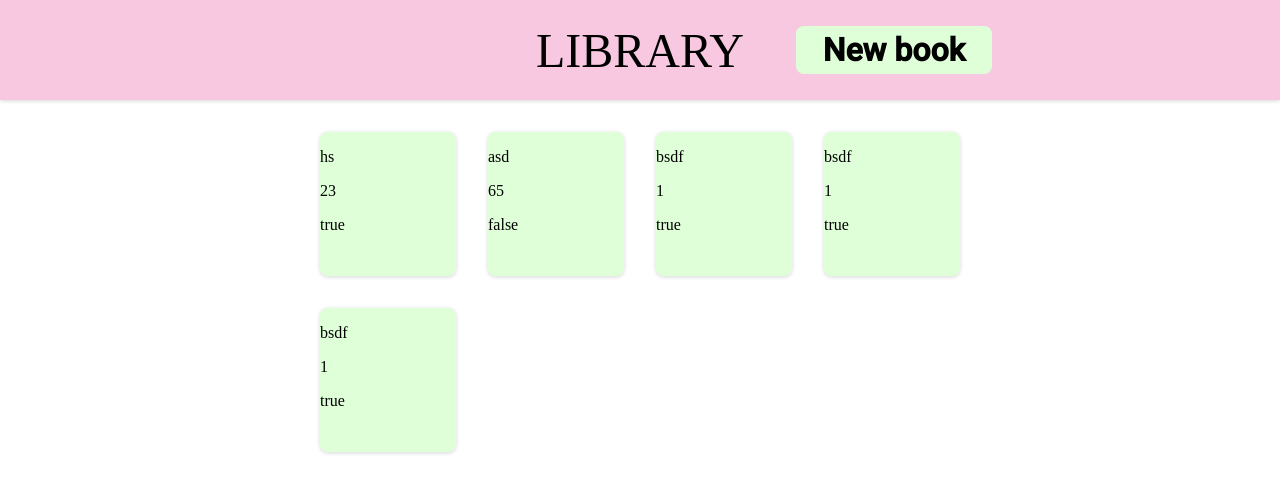
Repository: yeetzpxoci/library
Page: index.html
The author's editor kept a copy of each file at every save. The page is drawn from the files as they stood at one save, then again after the next save.
The browser window is 1280 px wide. The pictures show the whole page.
Some web fonts or font styles are not loaded; a fallback is used.

Above is the page before, as saved 2023-02-21 15:31:24.

### index.html
<!DOCTYPE html>
<html lang="en">
<head>
    <meta charset="UTF-8">
    <meta http-equiv="X-UA-Compatible" content="IE=edge">
    <meta name="viewport" content="width=device-width, initial-scale=1.0">
    <title>Library</title>
    <link rel="stylesheet" href="styles.css">
    <link rel="preconnect" href="https://fonts.googleapis.com">
    <link rel="preconnect" href="https://fonts.gstatic.com" crossorigin>
    <link href="https://fonts.googleapis.com/css2?family=Roboto:wght@500&display=swap" rel="stylesheet">
    <link href="https://fonts.googleapis.com/css2?family=Gloock&display=swap" rel="stylesheet">
</head>
<body>
    <div class="header">
        <p></p>
        <p>LIBRARY</p>
        <button onclick="addBookToLibrary()" id="addBook">New book</button>
    </div>

    <form>
        <fieldset>
            <label for="title">Title</label>
            <input type="text" name="title" id="title">
            <label for="author">Author</label>
            <input type="text" name="author" id="author">
            <label for="pages">Pages</label>
            <input type="number" name="pages" id="pages">
            <label for="read">Have you read the book?</label>
            <input type="checkbox" name="read" id="read">
        </fieldset>
    </form>

    <div id="cards">

    </div>
<script src="script.js"></script>
</body>
</html>

### styles.css
html, body {
    margin: 0;
    padding: 0;
}

body {
    display: flex;
    flex-direction: column;
    align-items: center;
    min-height: 100vh;
    background-color: white;
}

.header {
    display: flex;
    align-items: center;
    justify-content: center;
    width: 100%;
    height: 100px;
    background-color: #F7C8E0;
    box-shadow: rgba(0, 0, 0, 0.16) 0px 1px 4px;
}

.header p {
    font-family: 'Gloock', serif;
    font-size: 48px;
}

#addBook {
    position: absolute;
    right: 288px;
    font-size: 32px;
    font-family: 'Roboto', sans-serif;
    font-weight: bold;
    background-color: #DFFFD8;
    height: 48px;
    width:196px;
    border-radius: 8px;
    border-width: 0px;
}

#cards {
    display: grid;
    width: 50%;
    grid-template-columns: 1fr 1fr 1fr 1fr;
    gap: 32px;
    margin-top: 32px;
}

.card {
    width: 100%;
    height: 144px;
    background-color: #DFFFD8;
    border-radius: 8px;
    border-width: 0px;
    align-self: center;
    justify-self: center;
    box-shadow: rgba(0, 0, 0, 0.16) 0px 1px 4px;
}

form {
    display: none;
}

### script.js
const title = document.getElementById("title").value
const author = document.getElementById("author").value
const pages = document.getElementById("pages").value
const read = document.getElementById("read").checked
const cards = document.getElementById("cards")

let myLibrary = [];

function Book(title, author, pages, read) {
    this.title = title;
    this.author = author;
    this.pages = pages;
    this.read = read;
    this.info = function () {
        return title + " by " + author + ", " + String(pages) + " pages, not read yet"
    }
}

function addBookToLibrary() {
    let book = new Book(title, author, pages, read);
    myLibrary.push(book);
    console.log(myLibrary.length)
}

function addBookInfo(div, book) {
    const newTitle = document.createElement("p");
    newTitle.inner = book.title;
    const newAuthor = document.createElement("p");
    newAuthor.innerHTML = book.author;
    const newPages = document.createElement("p");
    newPages.innerHTML = book.pages;
    const newRead = document.createElement("p");
    newRead.innerHTML = book.read;
    div.appendChild(newTitle);
    div.appendChild(newAuthor);
    div.appendChild(newPages);
    div.appendChild(newRead);
}

function displayBooks() {
    for (let i = 0; i < myLibrary.length; i++) {
        const newDiv = document.createElement("div");
        newDiv.setAttribute("class", "card");
        addBookInfo(newDiv, myLibrary[i]);
        cards.appendChild(newDiv);
    }
}

let book1 = new Book("htomi" , "hs", 23, true);
let book2 = new Book("yeet", "asd", 65, false);
let book3 = new Book("smth", "bsdf", 1, true);
let book4 = new Book("smth", "bsdf", 1, true);
let book5 = new Book("smth", "bsdf", 1, true);
myLibrary.push(book1, book2, book3, book4, book5);
displayBooks();

After the next save:
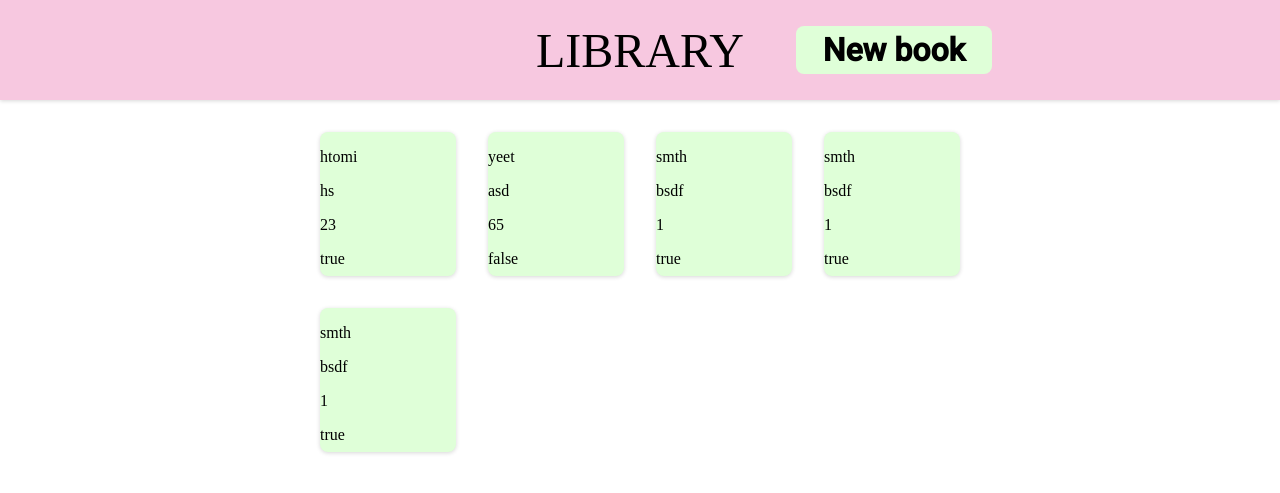
Saved 8 s later.
--- a/script.js
+++ b/script.js
@@ -24,7 +24,7 @@ function addBookToLibrary() {
 
 function addBookInfo(div, book) {
     const newTitle = document.createElement("p");
-    newTitle.inner = book.title;
+    newTitle.innerHTML = book.title;
     const newAuthor = document.createElement("p");
     newAuthor.innerHTML = book.author;
     const newPages = document.createElement("p");
